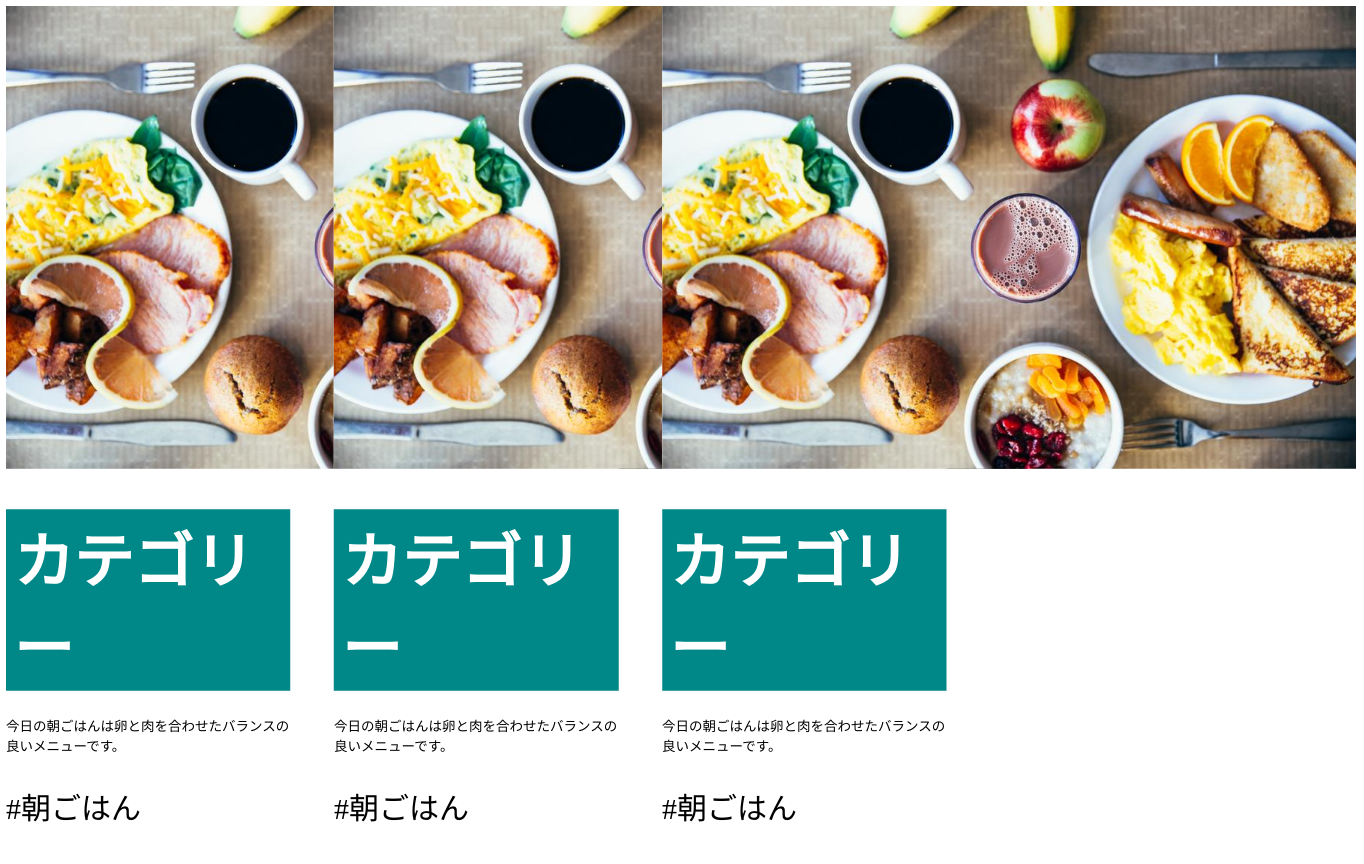
Repository: 9136424556/todo01
Page: coachtech/html-css/css1-17問.html
The author's editor kept a copy of each file at every save. The page is drawn from the files as they stood at one save, then again after the next save.
The browser window is 1280 px wide. The page is 1808 px wide, then 1818 px, so the pictures cover 1818 px, including what lies to the right of the window. The pictures show the whole page, at 75% of full size.

Above is the page before, as saved 2023-12-02 11:59:09.

### coachtech/html-css/css1-17問.html
<link rel="stylesheet" href="css/css1-17問.css">
<div class="flex">
    <div class="box">
        <img src="img/card.jpg" alt="" />
        <h1 class="cord-title">カテゴリー</h1>
        <p class="cord-dl">今日の朝ごはんは卵と肉を合わせたバランスの良いメニューです。</p>
        <p class="cord-tag">#朝ごはん</p>
    </div>
    <div class="box">
        <img src="img/card.jpg" alt="" />
        <h1 class="cord-title">カテゴリー</h1>
        <p class="cord-dl">今日の朝ごはんは卵と肉を合わせたバランスの良いメニューです。</p>
        <p class="cord-tag">#朝ごはん</p>
    </div>
    <div class="box">
        <img src="img/card.jpg" alt="" />
        <h1 class="cord-title">カテゴリー</h1>
        <p class="cord-dl">今日の朝ごはんは卵と肉を合わせたバランスの良いメニューです。</p>
        <p class="cord-tag">#朝ごはん</p>
    </div>
</div>

### coachtech/html-css/css/css1-17問.css
.flex{
    display: flex;
    justify-content: space-between;
}
.card__img img{
    padding: 15px 25px;
}
.cord-dl{
  font-size: 18px;
  margin-bottom: 30px;
  font-weight: 400;
}
.cord-title{
    padding: 5px 10px;
    background: #088;
    margin-bottom: 15px;
    display: inline-block;
    color: #fff;
}
.box{
    background-color: white;
    margin-right: 10px;
    width: 30%;
    height:30%;
    font-size: 40px;
}

After the next save:
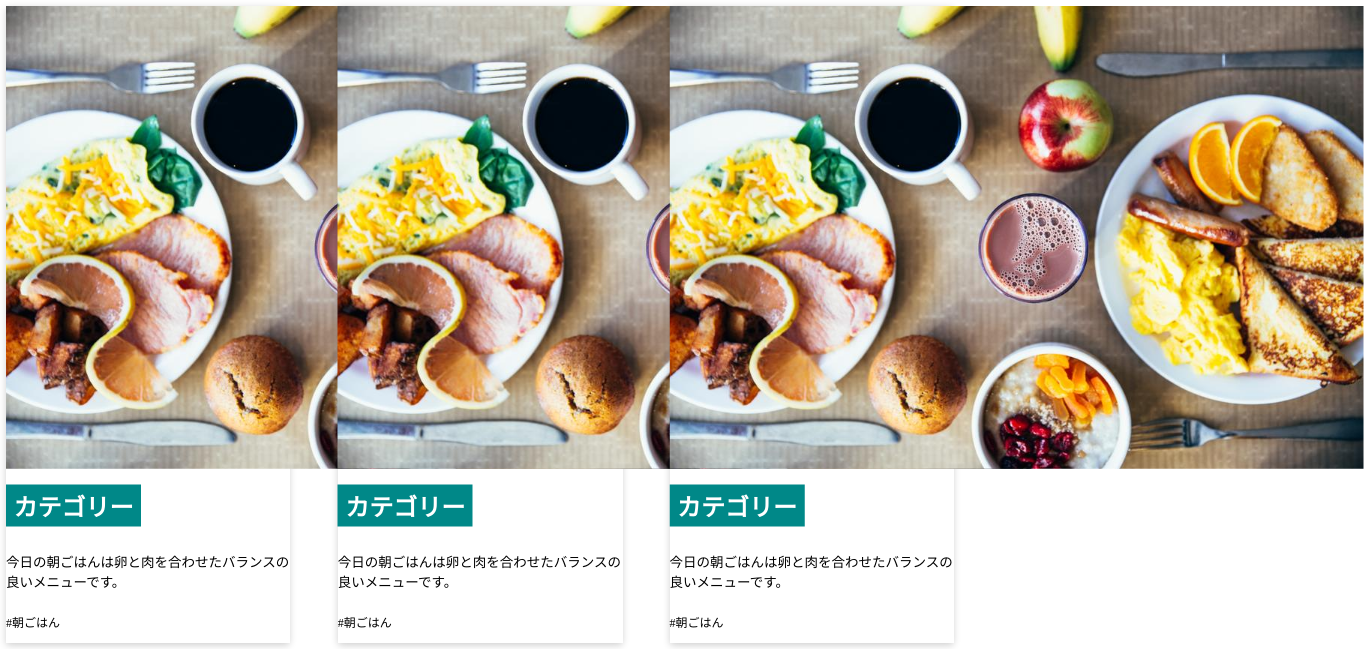
Saved 3 min 24 s later.
--- a/coachtech/html-css/css/css1-17問.css
+++ b/coachtech/html-css/css/css1-17問.css
@@ -18,9 +18,6 @@
     color: #fff;
 }
 .box{
-    background-color: white;
-    margin-right: 10px;
     width: 30%;
-    height:30%;
-    font-size: 40px;
+    box-shadow: 0px 3px 10px rgba(0, 0, 0, 0.2);
 }
